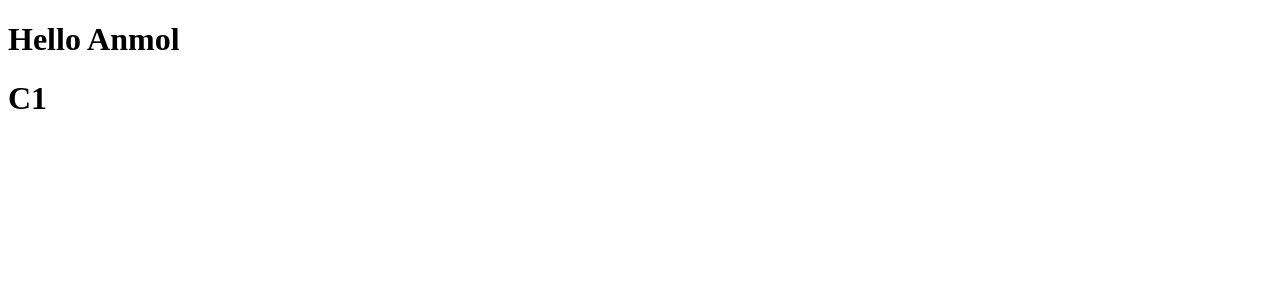
Repository: theanmol-raj/redux--
Page: /
The author's editor kept a copy of each file at every save. The page is drawn from the files as they stood at one save, then again after the next save.
The browser window is 1280 px wide. The pictures show the whole page.
The project was rebuilt for these pictures with package versions that can differ from the ones it lists, and the page was loaded fresh each time. Also part of the build but not shown: src/index.css.

Above is the page before, as saved 2023-01-09 21:16:09.

### src/App.js
import { useState } from "react"

function C1(){
  return <div>
    <h1>C1</h1>
  </div>
}

function C2(){
  return <div>
      <h1>C2</h1>
  </div>
}
function C3(){
  return <div>
      <h1>C3</h1>
  </div>
}
function C4(va){
  return <div>
    hi again {va}
  </div>
}





function App() {
  const [va ,setVa] = useState("Anmol")
  return (
    <div className="App">
      <h1>Hello {va}</h1>
      <C1 />
    </div>
  );
}

export default App;

Loaded but not shown: public/index.html (common file); src/index.js (common file)

After the next save:
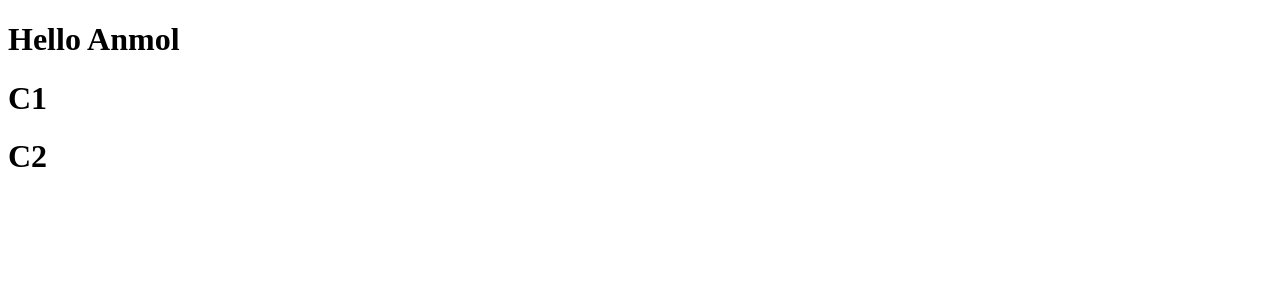
Saved 7 s later.
--- a/src/App.js
+++ b/src/App.js
@@ -3,6 +3,7 @@ import { useState } from "react"
 function C1(){
   return <div>
     <h1>C1</h1>
+    <C2 />
   </div>
 }
 
